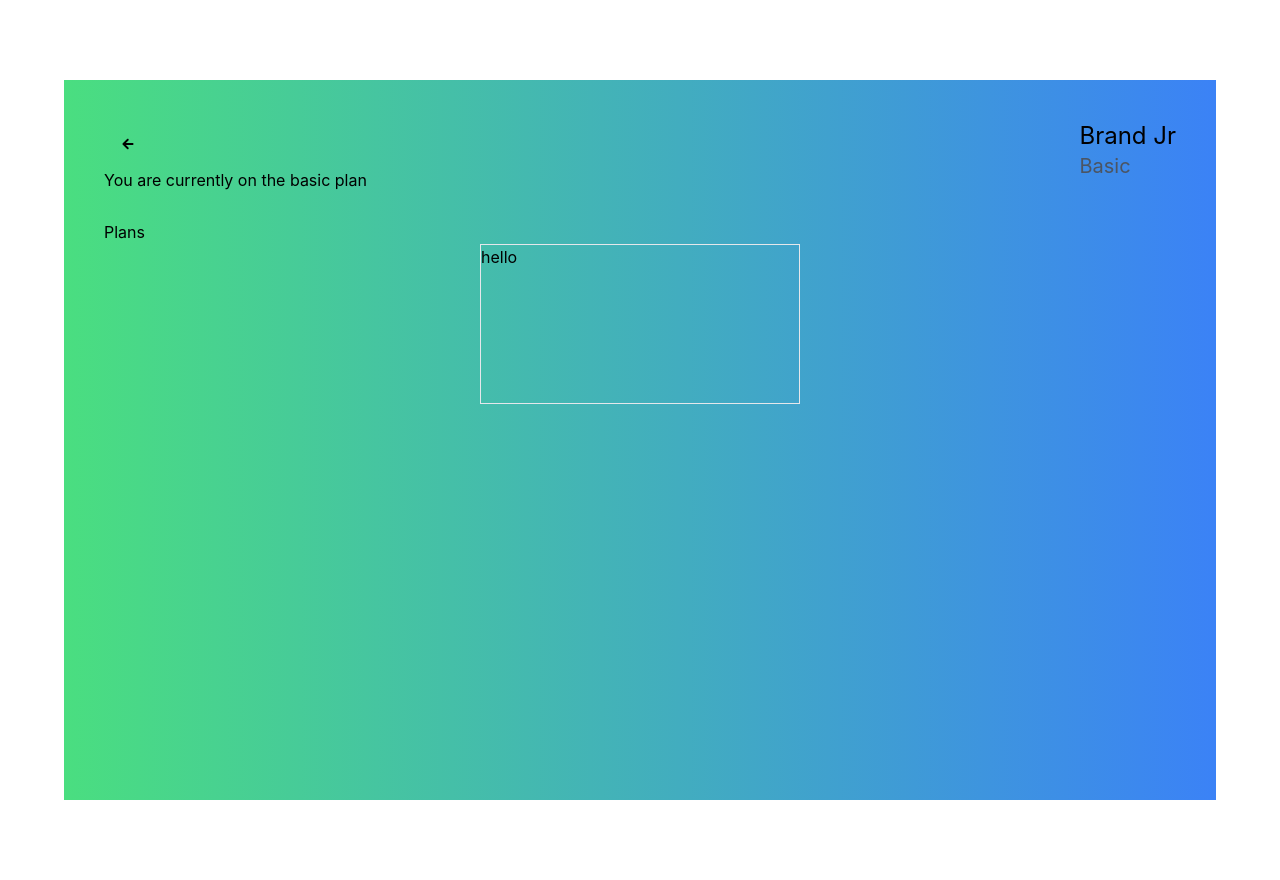
Repository: brandford7/music-player
Page: /subscription
An editor plug-in stored every save of this project. The page is shown before and after the next save, followed by the edit.
The browser window is 1280 px wide. The pictures show the whole page.
The project was rebuilt for these pictures with package versions that can differ from the ones it lists, and the page was loaded fresh each time. The framework's server and built-in components were replaced by stand-ins that run in the browser. Also part of the build but not shown: next.config.js, components/Sidebar.jsx, components/MusicButton.jsx, components/MusicCard.jsx, components/SongList.jsx, components/PlaylistComponent.jsx, components/LibraryComponent.jsx.

Above is the page before, as saved 2022-11-19 21:29:44.

### pages/subscription.js
import React from "react";
import { SubscriptionComponent } from "../components";

const Subscription = () => {
  return (
    <div className="flex mx-auto max-w-6xl my-20 space-x-10 h-screen p-10 bg-gradient-to-r from-green-400 to-blue-500">
      <SubscriptionComponent />
    </div>
  );
};

export default Subscription;

### styles/globals.css
@tailwind base;
@tailwind components;
@tailwind utilities;



html,
body {
  padding: 0;
  margin: 0;
  font-family: -apple-system, BlinkMacSystemFont, Segoe UI, Roboto, Oxygen,
    Ubuntu, Cantarell, Fira Sans, Droid Sans, Helvetica Neue, sans-serif;
}

a {
  color: inherit;
  text-decoration: none;
}

* {
  box-sizing: border-box;
}

@media (prefers-color-scheme: dark) {
  html {
    color-scheme: dark;
  }
  body {
    color: white;
    background: black;
  }
}

### components/index.js
export { default as Sidebar } from './Sidebar';
export { default as UserAvatar } from './UserAvatar';
export { default as MusicCard } from './MusicCard';
export { default as MusicButton } from './MusicButton';
export { default as SongList } from './SongList';
export { default as PlaylistComponent } from './PlaylistComponent';
export { default as LibraryComponent } from './LibraryComponent';
export { default as SubscriptionComponent } from './SubscriptionComponent';
export { default as Plans} from './Plans';

### components/UserAvatar.jsx
import React from "react";

const UserAvatar = ({ image, name, subscription }) => {
  return (
    <div className="flex flex-col ">
      <img src={image} alt="" />
      <h2 className="text-2xl">{name}</h2>
      <p className="text-gray-600 text-xl"> {subscription}</p>
    </div>
  );
};

export default UserAvatar;

### components/SubscriptionComponent.jsx
import React from "react";
import { IoMdArrowRoundBack } from "react-icons/io";
import { useRouter } from "next/router";
import UserAvatar from "./UserAvatar";
import Plans from "./Plans";

const SubscriptionComponent = () => {
  const router = useRouter();

  return (
    <div className="w-full">
      <section className="flex justify-between">
        <section className="">
          <div className="m-4 cursor-pointer" onClick={() => router.back()}>
            <IoMdArrowRoundBack />
          </div>
          <h1>You are currently on the basic plan</h1>
        </section>
        <section className="flex justify-end mb-10">
          <UserAvatar name="Brand Jr" subscription="Basic" />
        </section>
          </section>
          <Plans/>
    </div>
  );
};

export default SubscriptionComponent;

### components/Plans.jsx
import React from "react";

const Plans = () => {
  return (
    <div>
      <h1>Plans</h1>
      <section>
        <div className='flex mx-auto h-40 w-80 border '>hello</div>
      </section>
    </div>
  );
};

export default Plans;

Loaded but not shown: pages/_app.js (common file); tailwind.config.js (common file)

After the next save:
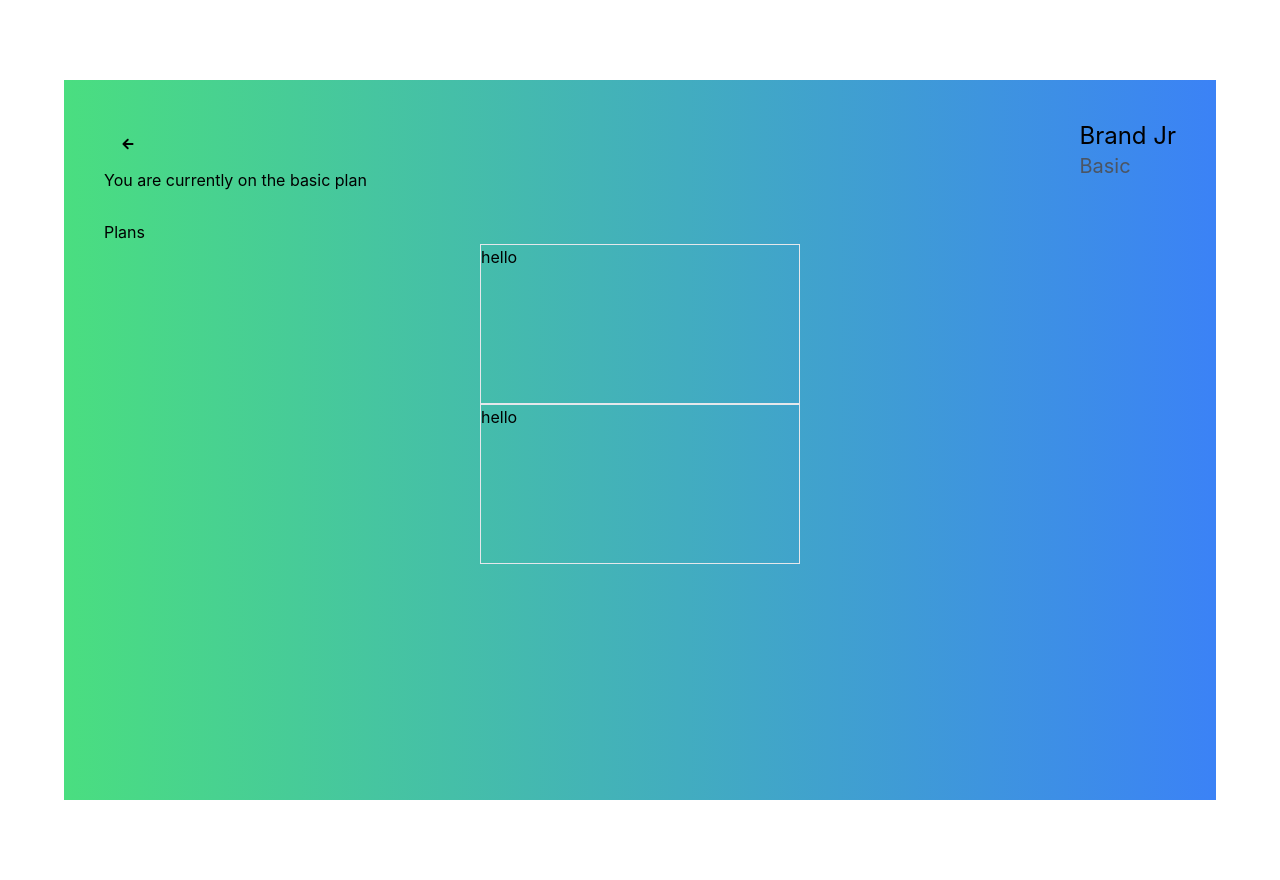
Saved 19 s later.
--- a/components/Plans.jsx
+++ b/components/Plans.jsx
@@ -5,7 +5,8 @@
     <div>
       <h1>Plans</h1>
       <section>
-        <div className='flex mx-auto h-40 w-80 border '>hello</div>
+        <div className="flex mx-auto h-40 w-80 border ">hello</div>
+        <div className="flex mx-auto h-40 w-80 border ">hello</div>
       </section>
     </div>
   );

After the save that followed:
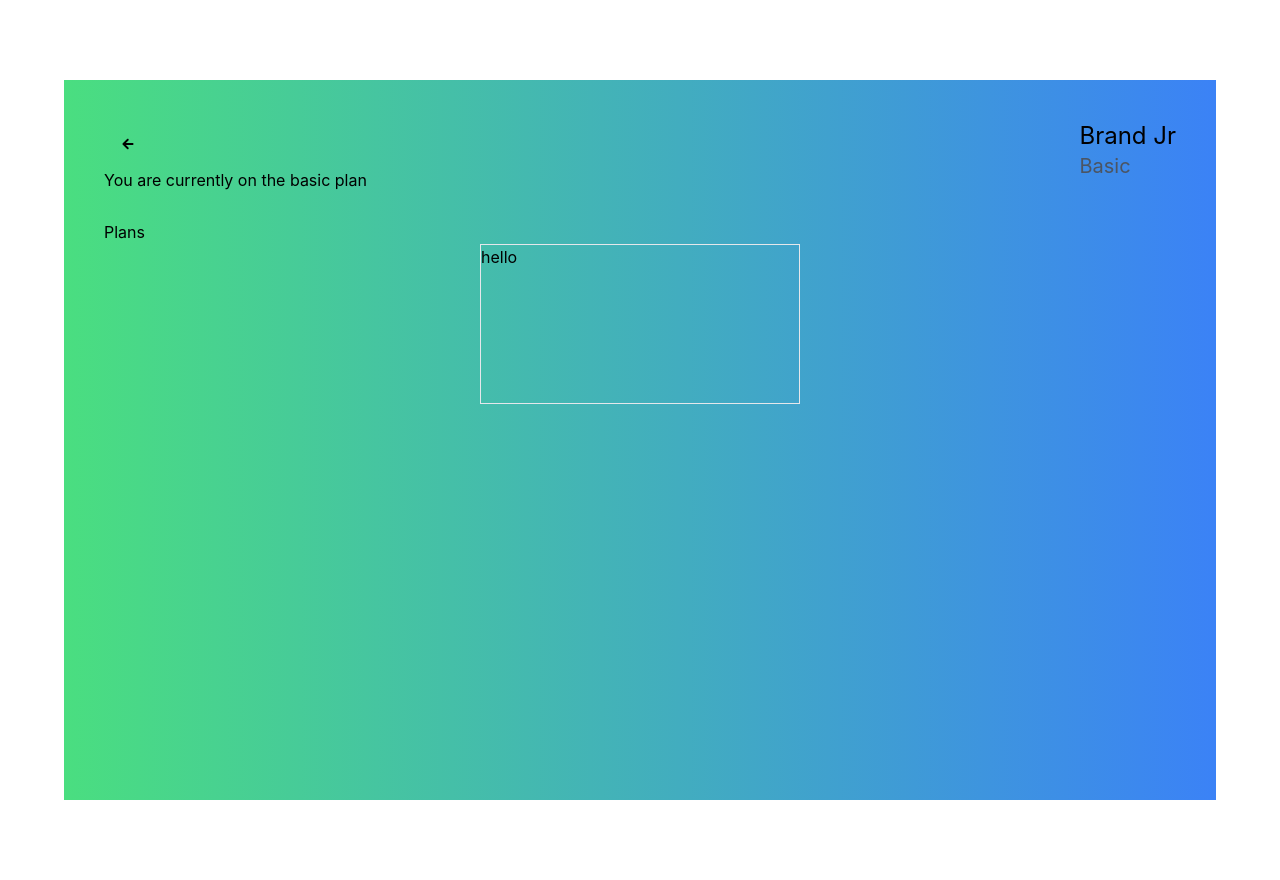
Saved 8 s later.
--- a/components/Plans.jsx
+++ b/components/Plans.jsx
@@ -5,8 +5,8 @@
     <div>
       <h1>Plans</h1>
       <section>
-        <div className="flex mx-auto h-40 w-80 border ">hello</div>
-        <div className="flex mx-auto h-40 w-80 border ">hello</div>
+        <div className='flex mx-auto h-40 w-80 border '>hello</div>
+
       </section>
     </div>
   );
